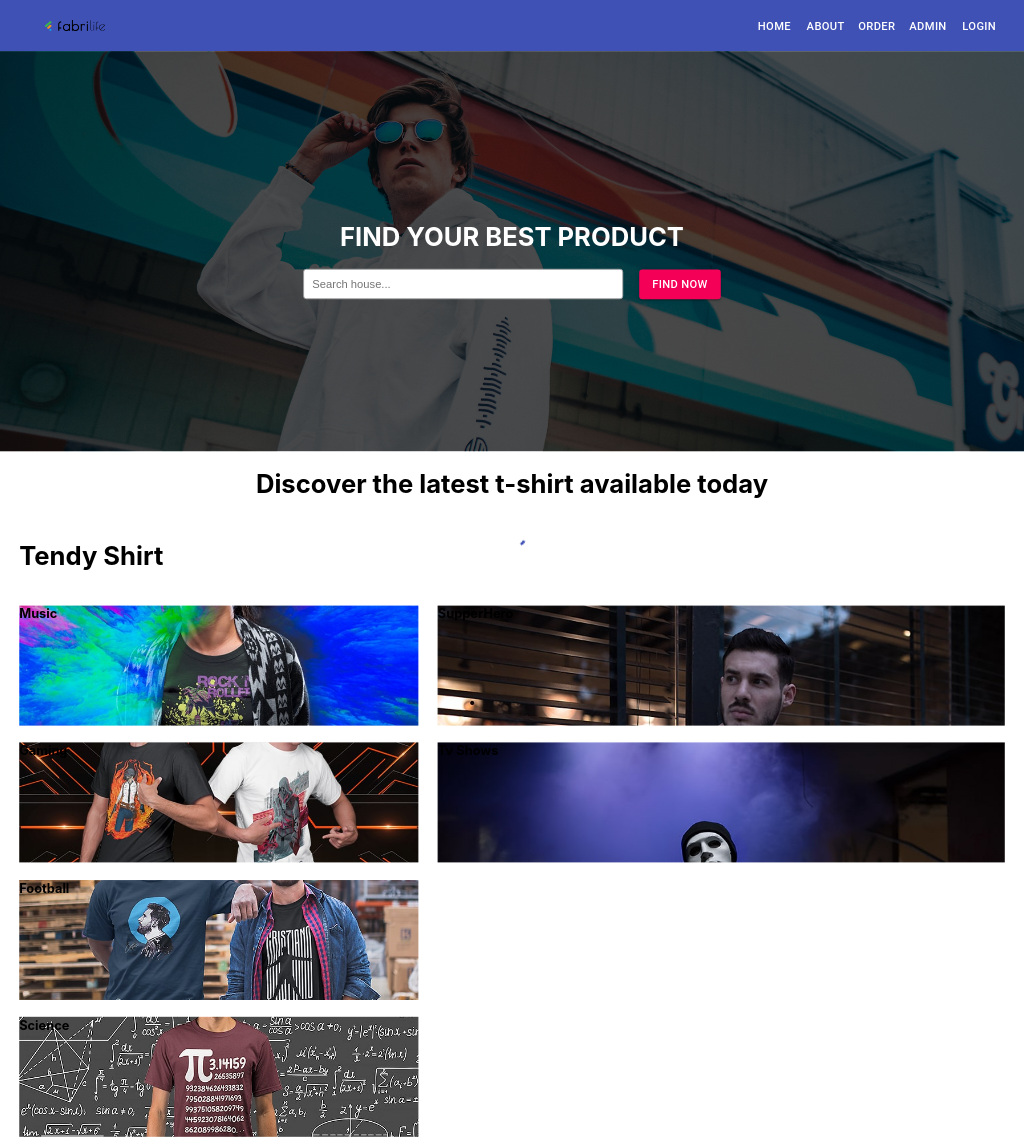
Repository: arif286/fabrilife-E-commerce-client-site
Page: /
These files come from the project's save history. The page is drawn as it stood at one moment and after the next save; the edit follows.
The browser window is 1280 px wide. The pictures show the whole page, at 80% of full size.
The page's requests for data from a server got no answer. The project was rebuilt for these pictures with package versions that can differ from the ones it lists, and the page was loaded fresh each time. No one was signed in, and anything a server would have sent is missing. Also part of the build but not shown: src/components/Admin/Admin.css, src/components/Admin/AddEvent/AddEvent.css, src/components/Admin/AddEvent/AddEvent.js, src/components/Admin/ProductManage/ProductManage.js, src/components/Admin/Sidebar/Sidebar.css, src/components/Admin/Sidebar/Sidebar.js, src/components/Admin/Admin.js, src/components/CheckOut/CheckOut.css and 8 more.

Above is the page before, as saved 2021-04-01 01:28:55.

After the next save:
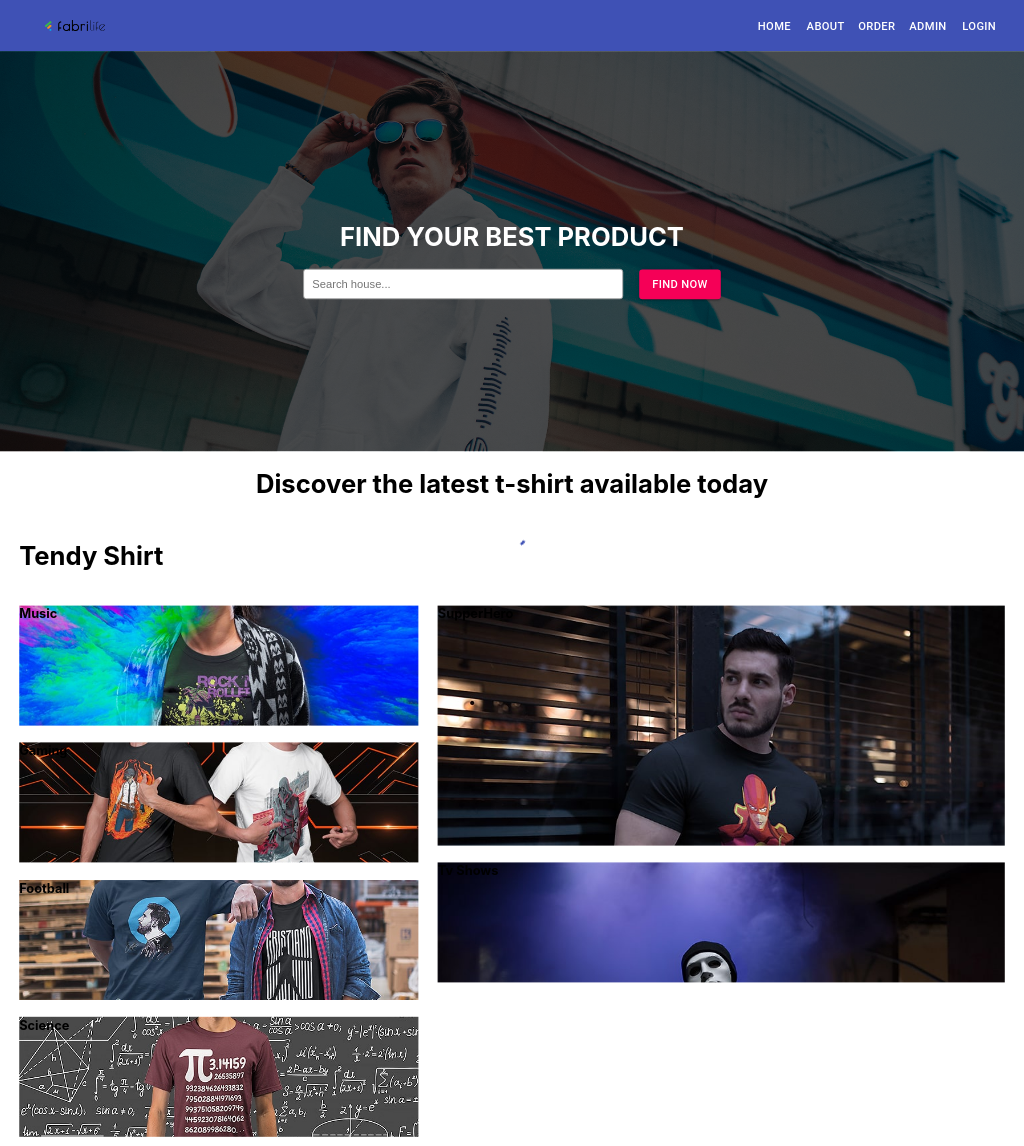
Saved 35 s later.
--- a/src/components/LatestProduct/LatestProduct.css
+++ b/src/components/LatestProduct/LatestProduct.css
@@ -17,6 +17,9 @@
 }
 .supperHero {
   background-image: url("../../tshirt-shop/images/superhero-min.jpg");
+  background-repeat: no-repeat;
+  background-size: cover;
+  height: 300px;
 }
 .shows {
   background-image: url("../../tshirt-shop/images/tv-min.jpg");
